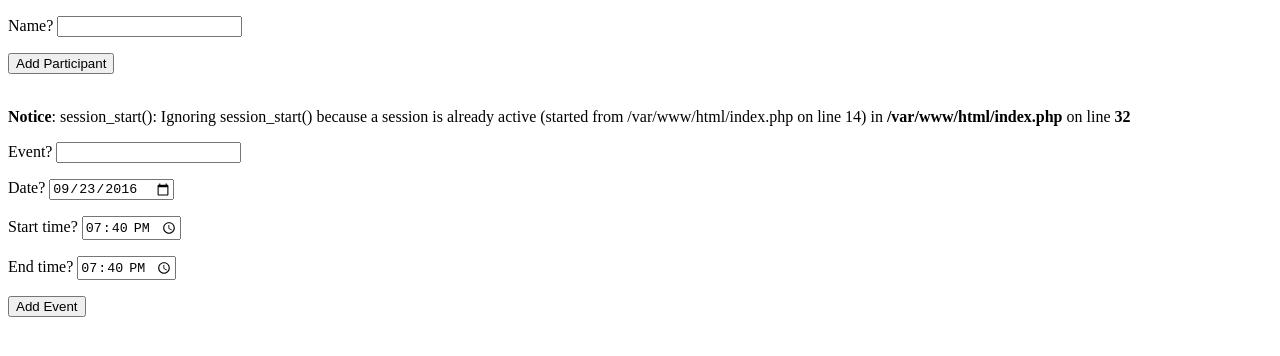
Repository: couttsb/Assignment1
Page: http://localhost/index.php
An editor plug-in stored every save of this project. The page is shown before and after the next save, followed by the edit.
The browser window is 1280 px wide. The pictures show the whole page.
The page is run by PHP 8.4 with error messages shown; the project is at /var/www/html/.

Above is the page before, as saved 2016-09-28 04:30:50.

### Online/EventRegistration/index.php
<!DOCTYPE html>
<html>
	<head>
		<meta charset="UTF-8">
		<title>Event Registration</title>
		<style>
			.error {color: #FF0000;}
		</style>
	</head>
	<body>
		<?php
		require_once "Model/Participant.php";

		session_start();

		?>
		<form action="addparticipant.php" method="post">
			<p>Name? <input type="text" name="participant_name" />
			<span class="error">
			<?php
			if (isset($_SESSION['errorParticipantName'])&& !empty($_SESSION['errorParticipantName'])) {
				echo " * " . $_SESSION["errorParticipantName"];
			}
			?>
			</span></p>
			<p><input type="submit" value="Add Participant"/></p>
		</form>

		<?php
		require_once "Model/Event.php";

		session_start();

		?>
		<form action="addevent.php" method="post">
			<p>Event? <input type="text" name="event_name" />
			<span class="error">
			<?php
			if (isset($_SESSION['errorEventName'])&& !empty($_SESSION['errorEventName'])) {
				echo " * " . $_SESSION["errorEventName"];
			}
			?>
			</span></p>
			<p>Date? <input type="date" name="event_date" value="<?php echo date('Y-m-d'); ?>" /></p>
			<p>Start time? <input type="time" name="starttime" value="<?php echo date('H:i'); ?>" /></p>
			<p>End time? <input type="time" name="endtime" value="<?php echo date('H:i'); ?>" /></p>
			<p><input type="submit" value="Add Event"/></p>
		</form>
	</body>
</html>

### Online/EventRegistration/Model/Participant.php
<?php
/*PLEASE DO NOT EDIT THIS CODE*/
/*This code was generated using the UMPLE 1.24.0-d60c319 modeling language!*/

class Participant
{

//------------------------
// MEMBER VARIABLES
//------------------------

//Participant Attributes
private $name;

//------------------------
// CONSTRUCTOR
//------------------------

public function __construct($aName)
{
$this->name = $aName;
}

//------------------------
// INTERFACE
//------------------------

public function setName($aName)
{
$wasSet = false;
$this->name = $aName;
$wasSet = true;
return $wasSet;
}

public function getName()
{
return $this->name;
}

public function equals($compareTo)
{
return $this == $compareTo;
}

public function delete()
{}
}
?>

### Online/EventRegistration/Model/Event.php
<?php

/*PLEASE DO NOT EDIT THIS CODE*/
/*This code was generated using the UMPLE 1.24.0-7aed471 modeling language!*/

class Event
{

//------------------------
// MEMBER VARIABLES
//------------------------

//Event Attributes
private $name;
private $eventDate;
private $startTime;
private $endTime;

//------------------------
// CONSTRUCTOR
//------------------------

public function __construct($aName, $aEventDate, $aStartTime, $aEndTime)
{
$this->name = $aName;
$this->eventDate = $aEventDate;
$this->startTime = $aStartTime;
$this->endTime = $aEndTime;
}

//------------------------
// INTERFACE
//------------------------

public function setName($aName)
{
$wasSet = false;
$this->name = $aName;
$wasSet = true;
return $wasSet;
}

public function setEventDate($aEventDate)
{
$wasSet = false;
$this->eventDate = $aEventDate;
$wasSet = true;
return $wasSet;
}

public function setStartTime($aStartTime)
{
$wasSet = false;
$this->startTime = $aStartTime;
$wasSet = true;
return $wasSet;
}

public function setEndTime($aEndTime)
{
$wasSet = false;
$this->endTime = $aEndTime;
$wasSet = true;
return $wasSet;
}

public function getName()
{
return $this->name;
}

public function getEventDate()
{
return $this->eventDate;
}

public function getStartTime()
{
return $this->startTime;
}

public function getEndTime()
{
return $this->endTime;
}

public function equals($compareTo)
{
return $this == $compareTo;
}

public function delete()
{}
}
?>

After the next save:
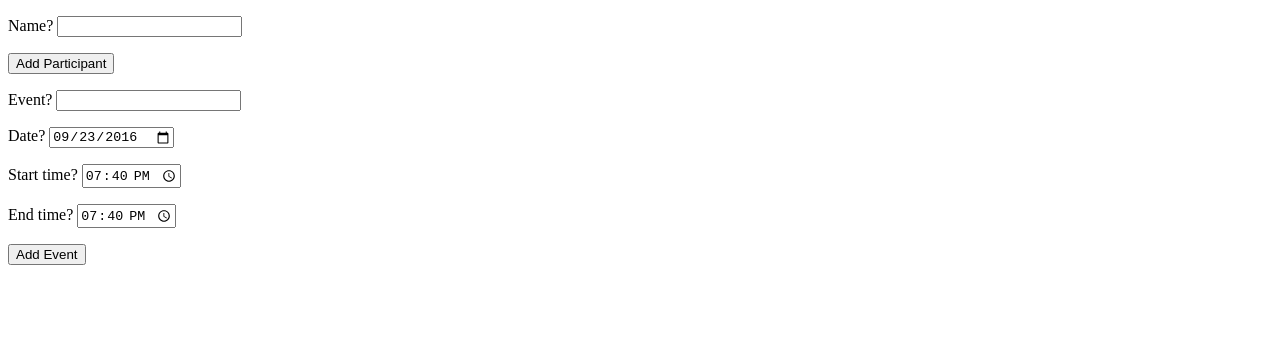
Saved 2 min 32 s later.
--- a/Online/EventRegistration/index.php
+++ b/Online/EventRegistration/index.php
@@ -28,9 +28,6 @@
 
 		<?php
 		require_once "Model/Event.php";
-
-		session_start();
-
 		?>
 		<form action="addevent.php" method="post">
 			<p>Event? <input type="text" name="event_name" />
